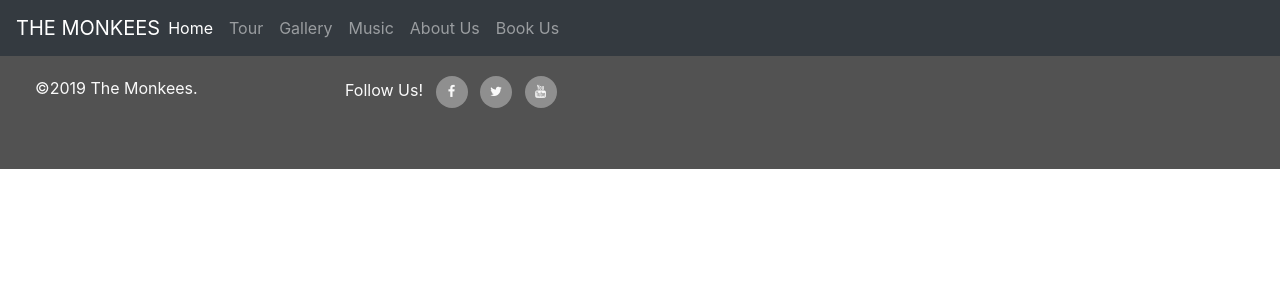
Repository: ClaraBausson/milestone_project_1
Page: index.html
The author's editor kept a record of every edit. The page is drawn from the files as they stood at one moment, then again after the next edit.
The browser window is 1280 px wide. The pictures show the whole page.
Some web libraries are served in a nearby version.

Above is the page before.

### index.html
<!DOCTYPE html>
<html lang="en">

<head>
    <meta charset="UTF-8">
    <meta name="viewport" content="width=device-width, initial-scale=1.0">
    <meta http-equiv="X-UA-Compatible" content="ie=edge">

    <title>The Monkees | Home</title>

    <!-------------------------- CSS links ------------------------------------>
    <script src="https://code.jquery.com/jquery-3.3.1.slim.min.js" integrity="sha384-q8i/X+965DzO0rT7abK41JStQIAqVgRVzpbzo5smXKp4YfRvH+8abtTE1Pi6jizo" crossorigin="anonymous"></script>
    <script src="https://cdnjs.cloudflare.com/ajax/libs/popper.js/1.14.7/umd/popper.min.js" integrity="sha384-UO2eT0CpHqdSJQ6hJty5KVphtPhzWj9WO1clHTMGa3JDZwrnQq4sF86dIHNDz0W1" crossorigin="anonymous"></script>
    <link rel="stylesheet" href="https://stackpath.bootstrapcdn.com/bootstrap/4.3.1/css/bootstrap.min.css" integrity="sha384-ggOyR0iXCbMQv3Xipma34MD+dH/1fQ784/j6cY/iJTQUOhcWr7x9JvoRxT2MZw1T" crossorigin="anonymous">
    <script src="https://stackpath.bootstrapcdn.com/bootstrap/4.3.1/js/bootstrap.min.js" integrity="sha384-JjSmVgyd0p3pXB1rRibZUAYoIIy6OrQ6VrjIEaFf/nJGzIxFDsf4x0xIM+B07jRM" crossorigin="anonymous"></script>

    <link rel="stylesheet" href="https://stackpath.bootstrapcdn.com/font-awesome/4.7.0/css/font-awesome.min.css" type="text/css" />
    <link rel="stylesheet" href="https://cdnjs.cloudflare.com/ajax/libs/hover.css/2.1.1/css/hover-min.css" type="text/css" />
    <link rel="stylesheet" href="css/main.css" type="text/css" />
</head>

<body>
    <!------------------------ NAVBAR/HEADER ---------------------------------->
    <header class="header">

        <nav class="navbar navbar-expand-lg navbar-dark bg-dark">
            <button class="navbar-toggler" type="button" data-toggle="collapse" data-target="#navbarToggler" aria-controls="navbarToggler" aria-expanded="false" aria-label="Toggle navigation"><span class="navbar-toggler-icon"></span></button>
            <a class="navbar-brand mx-auto uppercase-text header-text" href="#">The Monkees</a>

            <div class="collapse navbar-collapse" id="navbarToggler">
                <ul class="navbar-nav mr-auto mt-2 mt-lg-0">
                    <li class="nav-item active">
                        <a class="nav-link subheader-text" href="#">Home</a>
                    </li>
                    <li class="nav-item">
                        <a class="nav-link subheader-text" href="#">Tour</a>
                    </li>
                    <li class="nav-item">
                        <a class="nav-link subheader-text" href="#">Gallery</a>
                    </li>
                    <li class="nav-item">
                        <a class="nav-link subheader-text" href="#">Music</a>
                    </li>
                    <li class="nav-item">
                        <a class="nav-link subheader-text" href="#">About Us</a>
                    </li>
                    <li class="nav-item">
                        <a class="nav-link subheader-text" href="#">Book Us</a>
                    </li>
                </ul>

                <div class="row mr-auto mt-2 mt-lg-0 d-md-none social-links-header">
                    <div class="col-xs-4">
                        <a target="_blank" href="#">
                            <i class="fa fa-facebook" aria-hidden="true"></i>
                            <span class="sr-only">Facebook</span>
                        </a>
                    </div>
                    <div class="col-xs-4">
                        <a target="_blank" href="#">
                            <i class="fa fa-twitter" aria-hidden="true"></i>
                            <span class="sr-only">Twitter</span>
                        </a>
                    </div>
                    <div class="col-xs-4">
                        <a target="_blank" href="#">
                            <i class="fa fa-youtube" aria-hidden="true"></i>
                            <span class="sr-only">YouTube</span>
                        </a>
                    </div>
                </div>
            </div>
        </nav>

    </header>

    <!----------------------- CONTENT SECTION --------------------------------->
    <section>

    </section>

    <!--------------------------- FOOTER -------------------------------------->
    <footer class="container-fluid">
        <div id="footer-details" class="row">
            <div class="col-sm-3">
                <p class="inline-block">
                    ©2019 The Monkees.
                </p>
            </div>
            <div class="col-sm-9 d-none d-md-inline-block">
                <ul class="list-inline social-links">
                    <li class="list-inline-item">
                        <p class="inline-block">
                            Follow Us!
                        </p>
                    </li>
                    <li class="list-inline-item">
                        <a target="_blank" href="#">
                            <i class="fa fa-facebook" aria-hidden="true"></i>
                            <span class="sr-only">Facebook</span>
                        </a>
                    </li>
                    <li class="list-inline-item">
                        <a target="_blank" href="#">
                            <i class="fa fa-twitter" aria-hidden="true"></i>
                            <span class="sr-only">Twitter</span>
                        </a>
                    </li>
                    <li class="list-inline-item">
                        <a target="_blank" href="#">
                            <i class="fa fa-youtube" aria-hidden="true"></i>
                            <span class="sr-only">YouTube</span>
                        </a>
                    </li>
                </ul>
            </div>
        </div>
    </footer>
</body>

</html>

### css/main.css
@import url('https://fonts.googleapis.com/css?family=Oswald:300,400,500,600,700|Poppins:300,400,500,600,700,800,900&display=swap&subset=latin-ext');



/*---------------------Special paddings/margins/text--------------------------*/

.no-padding {
    padding: 0;
}

.uppercase-text {
    text-transform: uppercase;
}

.header-text {}

.subheader-text {}

/*----------------------------------Colors------------------------------------*/

/*----------------------------------Header------------------------------------*/

.social-links-header {
    padding-bottom: 15px;
}

.social-links-header div {
    padding: 0 5px;
}

.social-links-header div a i {
    width: 32px;
    height: 32px;
    padding: 12px 0;
    border-radius: 50%;
    font-size: 13px;
    text-align: center;
    color: #fafafa;
    background: #8f8f8f;
    transition: all 0.5s ease-in-out;
    -moz-transition: all 0.5s ease-in-out;
    -webkit-transition: all 0.5s ease-in-out;
    -o-transition: all 0.5s ease-in-out;
}

.social-links-header div a i:hover {
    background: #FF6C00;
}

/*-------------------------------Hover effects--------------------------------*/

/*----------------------------------Footer------------------------------------*/

footer {
    background-color: #525252;
    color: #fafafa;
    max-height: 125px;
    margin: 0;
}

.social-links {
    padding-bottom: 15px;
}

.social-links li a i {
    width: 32px;
    height: 32px;
    padding: 12px 0;
    border-radius: 50%;
    font-size: 13px;
    line-height: 7px;
    text-align: center;
    color: #fafafa;
    background: #8f8f8f;
    transition: all 0.5s ease-in-out;
    -moz-transition: all 0.5s ease-in-out;
    -webkit-transition: all 0.5s ease-in-out;
    -o-transition: all 0.5s ease-in-out;
}

.social-links li a i:hover {
    background: #FF6C00;
}

#footer-details {
    padding: 20px;
}

After the next edit:
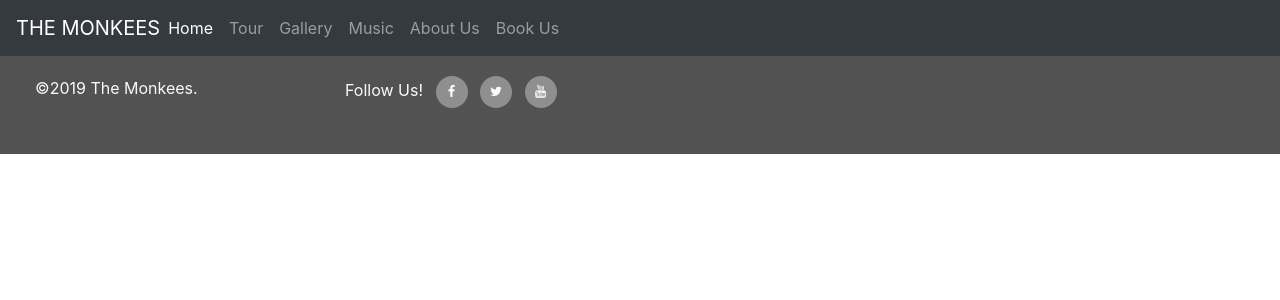
The edit:
--- a/css/main.css
+++ b/css/main.css
@@ -58,10 +58,6 @@
     margin: 0;
 }
 
-.social-links {
-    padding-bottom: 15px;
-}
-
 .social-links li a i {
     width: 32px;
     height: 32px;
